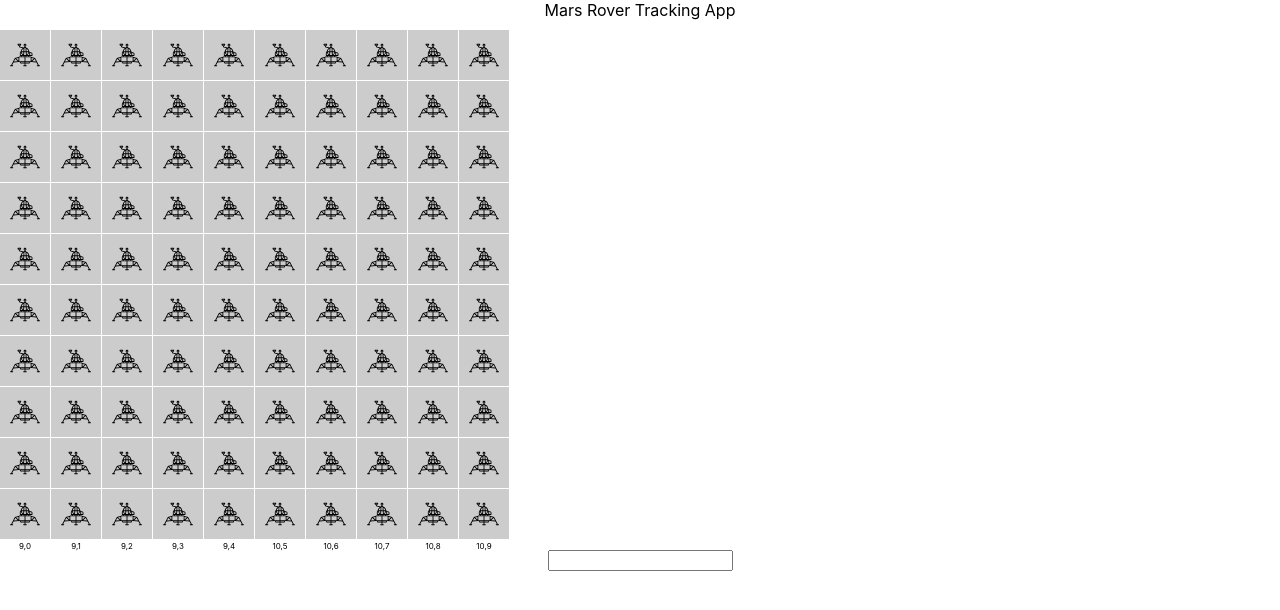
Repository: madhurisandbhor/Rover-Tracking-App
Page: /
These files come from the project's save history. The page is drawn as it stood at one moment and after the next save; the edit follows.
The browser window is 1280 px wide. The pictures show the whole page.
The project was rebuilt for these pictures with package versions that can differ from the ones it lists, and the page was loaded fresh each time.

Above is the page before, as saved 2021-09-06 18:33:10.

### src/App.js
import './App.css';
import Grid from './Grid'

function App() {
  return (
    <div className="App">
      <div>Mars Rover Tracking App</div>
      <Grid />
    </div>
  );
}

export default App;

### src/Grid.jsx
import React, { useState, useEffect } from 'react'
import { maxY, maxX } from './constants'
import testGrid from './testGrid'
import roverIcon from './svg/rover-icon.svg'

const wrapper = {
  width: '100%',
  margin: '10px auto',
  display: 'grid',
  gridTemplateColumns: `repeat(${maxY + 1}, 50px)`,
  gridTemplateRows: `repeat(${maxX + 1}, 50px)`,
  gridGap: '1px',
}

const itemStyle = {
  padding: '10px',
  backgroundColor: '#ccc',
}

const itemSpan = {
  fontSize: '8px',
}

const roverImg = {

}

const Grid = () => {
  const gridLength = (maxX + 1) * (maxY + 1)
  const arr = Array(gridLength).fill()
  const [input, setInput] = useState('')

  useEffect(() => {
    console.log(testGrid(input))
  }, [input])

  return (
    <div>
      <div style={wrapper}>
        {arr.map((item, index) => (
          <div key={index} style={itemStyle}>
            <div style={roverImg}>
              <img src={roverIcon} alt="rover" />
            </div>
            <span style={itemSpan}>
              {Math.round(index / 10)},{index % 10}
            </span>
          </div>
        ))}
      </div>
      <input
        name="inputString"
        value={input}
        onChange={(event) => setInput(event.target.value)}
      />
    </div>
  )
}

export default Grid

### src/constants.js
export const x = 0, y = 0, maxX = 9, maxY = 9;
export const d = 'N';
export const directionsToRight = ['N', 'E', 'S', 'W']
export const directionsToLeft = ['N', 'W', 'S', 'E']

### src/testGrid.js
import {
  x,
  y,
  d,
  directionsToRight,
  directionsToLeft,
  maxX,
  maxY,
} from './constants'

const testGrid = (testString) => {
  const roverPosition = [x, y, d]
  const testArr = testString.split('')

  for (let i = 0; i < testArr.length; i++) {
    if (testArr[i] === 'r') {
      let currDirIndex = directionsToRight.findIndex(
        (item) => item === roverPosition[2]
      )
      if (currDirIndex > -1 && currDirIndex < 3)
        roverPosition[2] = directionsToRight[currDirIndex + 1]
      else roverPosition[2] = directionsToRight[0]
    } else if (testArr[i] === 'l') {
      let currDirIndex = directionsToLeft.findIndex(
        (item) => item === roverPosition[2]
      )
      if (currDirIndex > -1 && currDirIndex < 3)
        roverPosition[2] = directionsToLeft[currDirIndex + 1]
      else roverPosition[2] = directionsToLeft[0]
    } else if (testArr[i] === 'f') {
      if (roverPosition[2] === 'E') {
        if (roverPosition[1] < maxY) roverPosition[1]++
        else roverPosition[1] = 0
      } else if (roverPosition[2] === 'S') {
        if (roverPosition[0] < maxX) roverPosition[0]++
        else roverPosition[0] = 0
      } else if (roverPosition[2] === 'N') {
        if (roverPosition[0] <= 0) roverPosition[0] = maxX
        else roverPosition[0]--
      } else if (roverPosition[2] === 'W') {
        if (roverPosition[1] <= 0) roverPosition[1] = maxY
        else roverPosition[1]--
      }
    }
  }

  return roverPosition
}

export default testGrid

Loaded but not shown: public/index.html (common file); src/index.js (common file); src/index.css (common file); src/App.css (common file)

After the next save:
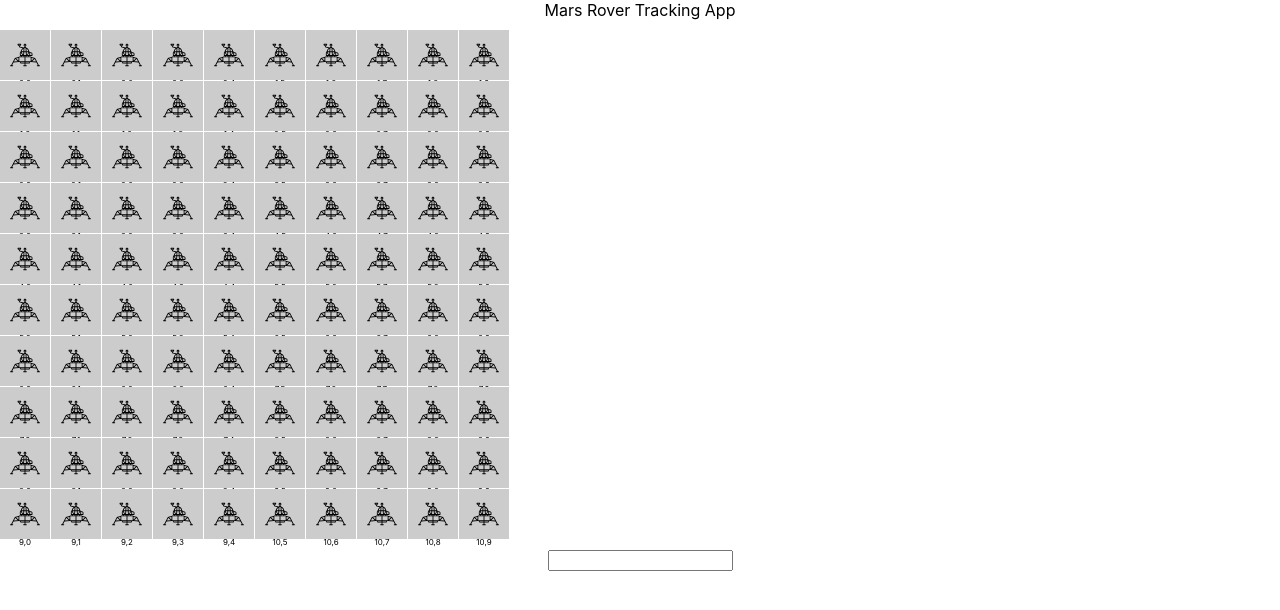
Saved 25 s later.
--- a/src/Grid.jsx
+++ b/src/Grid.jsx
@@ -22,7 +22,8 @@ const itemSpan = {
 }
 
 const roverImg = {
-
+  width: '30px',
+  height: '30px',
 }
 
 const Grid = () => {
